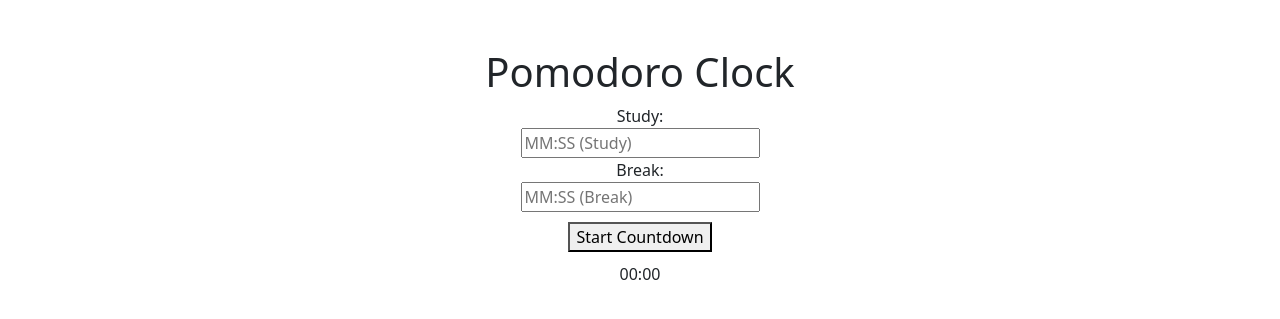
Repository: jobid0212/pomodoro-clock
Page: http://localhost/
An editor plug-in stored every save of this project. The page is shown before and after the next save, followed by the edit.
The browser window is 1280 px wide. The pictures show the whole page.
The page is served by the project's application, run on Flask 3 (app.py).

Above is the page before, as saved 2026-02-06 18:55:04.

### templates/index.html
<!DOCTYPE html>

<html lang="en">
    <head>

        <meta charset="utf-8">
        <meta name="viewport" content="initial-scale=1, width=device-width">

        <!-- http://getbootstrap.com/docs/5.3/ -->
        <link href="https://cdn.jsdelivr.net/npm/bootstrap@5.3.8/dist/css/bootstrap.min.css" rel="stylesheet" integrity="sha384-sRIl4kxILFvY47J16cr9ZwB07vP4J8+LH7qKQnuqkuIAvNWLzeN8tE5YBujZqJLB" crossorigin="anonymous">
        <script src="https://cdn.jsdelivr.net/npm/bootstrap@5.3.8/dist/js/bootstrap.bundle.min.js" integrity="sha384-FKyoEForCGlyvwx9Hj09JcYn3nv7wiPVlz7YYwJrWVcXK/BmnVDxM+D2scQbITxI" crossorigin="anonymous"></script>

         <link href="static/css/styles.css" rel="stylesheet">

         <title>Pomodoro Clock</title>

    </head>

    <body>
        <main class="container py-5 text-center">
            <body>
                <div>
                    <h1>Pomodoro Clock</h1>
                </div>
                <div class="timer-wrapper">
                    <span class="block-group">
                        <label for="studyDurationInput">Study:</label>
                        <input type="text" id="studyDurationInput"
                               pattern="[0-5][0-9]:[0-5][0-9]"
                               placeholder="MM:SS (Study)"
                               name="studyDurationInput">

                        <label for="breakDurationInput">Break:</label>
                        <input type="text" id="breakDurationInput"
                               pattern="[0-5][0-9]:[0-5][0-9]"
                               placeholder="MM:SS (Break)"
                               name="breakDurationInput">
                    </span>

                    <div>
                        <button onclick="startTimer('study')" id="start-button">Start Countdown</button>
                    </div>

                    <div id="display">
                        00:00
                    </div>

                </div>
            </body>
        </main>
        <script src="static/js/script.js" defer></script>
    </body>
</html>

### app.py
from flask import Flask, flash, redirect, render_template, request

# Flask run --debug
app = Flask(__name__)


@app.route('/')
def index():
    return render_template("index.html")

### static/css/styles.css
.block-group label {
    display: block;
}

#start-button {
    margin: 10px 0; /* 10px top/botton 0px left/right */
}

### static/js/script.js
let countdown;

function startTimer(phase) {
    // "Kill Switch" to stop any running timers
    clearInterval(countdown);

    const timeArray = document.getElementById('studyDurationInput').value.split(":");
    console.log(timeArray);
    if (timeArray.length != 2 ) return alert("Enter correct format! (MM:SS)");
    const seconds = Number(timeArray[0]) * 60 + Number(timeArray[1]);

    const now = Date.now();
    const then = now + seconds * 1000;
    displayTimeLeft(seconds);

    countdown = setInterval(function () {
        const secondsLeft = Math.round((then - Date.now()) / 1000);

        if (secondsLeft < 0) {
            clearInterval(countdown);
            if (phase == "study"){
                alert("Start Break!");
                startTimer("break");
                return;
            } else {
                alert("Break Over!");
                return;
            }

        }

        displayTimeLeft(secondsLeft);
    }, 1000);

}

function displayTimeLeft(seconds) {
    const minutes = Math.floor(seconds / 60);
    const remainderSeconds = seconds % 60;
    // For ternary operator: If remainderSeconds < 10, append '0', else append ''
    // Then it appends value of remainderSeconds
    const display = `${minutes}:${remainderSeconds < 10 ? '0' : ''}${remainderSeconds}`;
    document.getElementById('display').textContent = display;
}

After the next save:
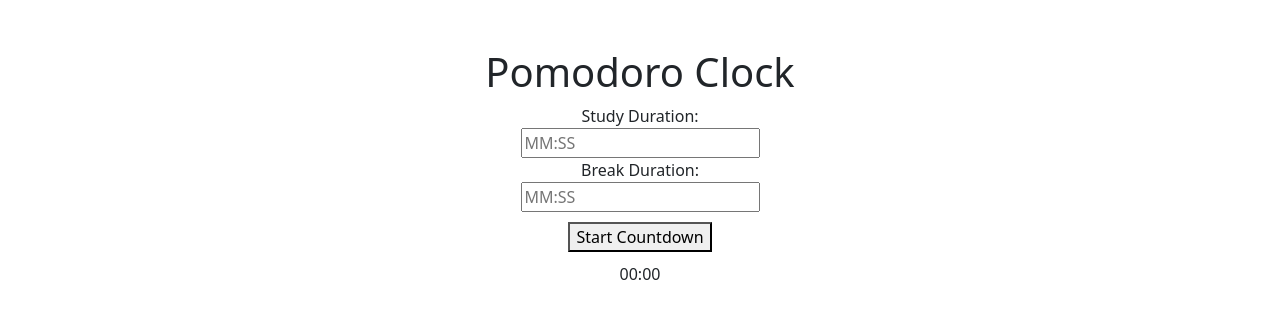
Saved 28 s later.
--- a/templates/index.html
+++ b/templates/index.html
@@ -24,16 +24,16 @@
                 </div>
                 <div class="timer-wrapper">
                     <span class="block-group">
-                        <label for="studyDurationInput">Study:</label>
+                        <label for="studyDurationInput">Study Duration:</label>
                         <input type="text" id="studyDurationInput"
                                pattern="[0-5][0-9]:[0-5][0-9]"
-                               placeholder="MM:SS (Study)"
+                               placeholder="MM:SS"
                                name="studyDurationInput">
 
-                        <label for="breakDurationInput">Break:</label>
+                        <label for="breakDurationInput">Break Duration:</label>
                         <input type="text" id="breakDurationInput"
                                pattern="[0-5][0-9]:[0-5][0-9]"
-                               placeholder="MM:SS (Break)"
+                               placeholder="MM:SS"
                                name="breakDurationInput">
                     </span>
 
